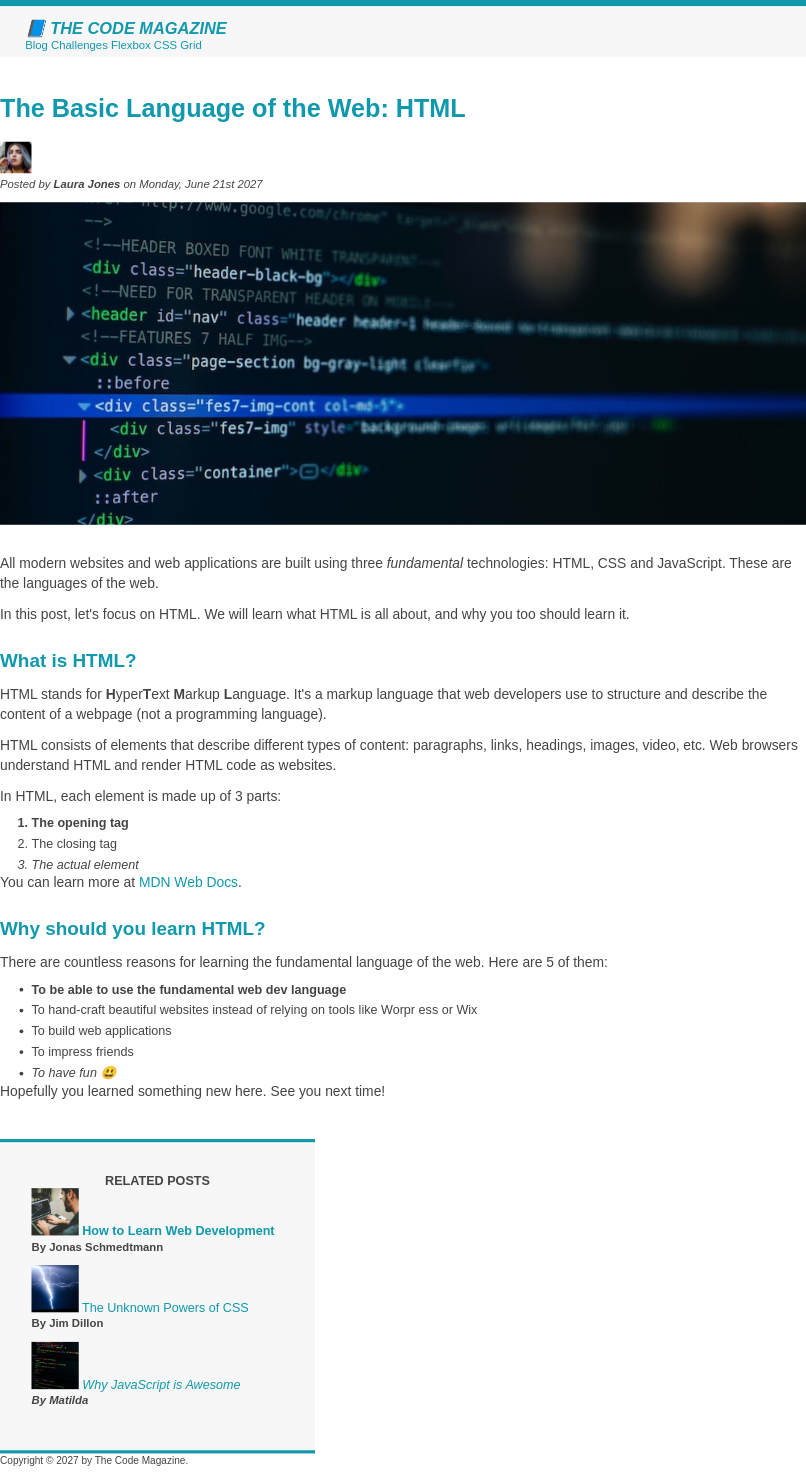
Repository: sunny070/CSS
Page: #1/index.html
The author's editor kept a copy of each file at every save. The page is drawn from the files as they stood at one save, then again after a run of saves.
The browser window is 1280 px wide. The pictures show the whole page, at 63% of full size.

Above is the page before, as saved 2023-11-06 10:19:52.

After the next 3 saves:
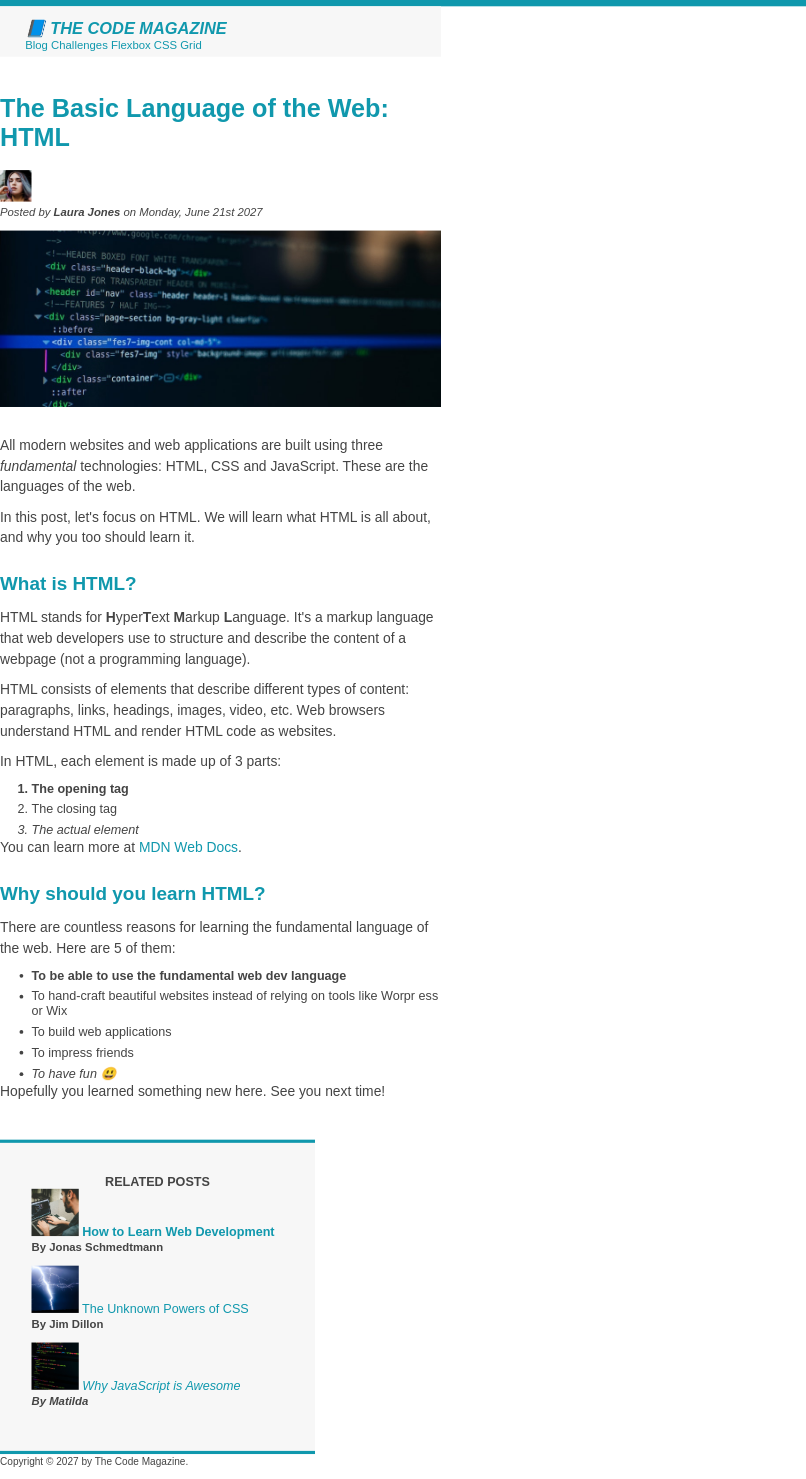
The 3 saves are shown as one change because they came seconds apart.
The last was saved 13 s later.
--- a/#1/style.css
+++ b/#1/style.css
@@ -13,6 +13,7 @@ body{
 
 }
 .container{
+    width: 700px;
 
 }
 .main-header{
